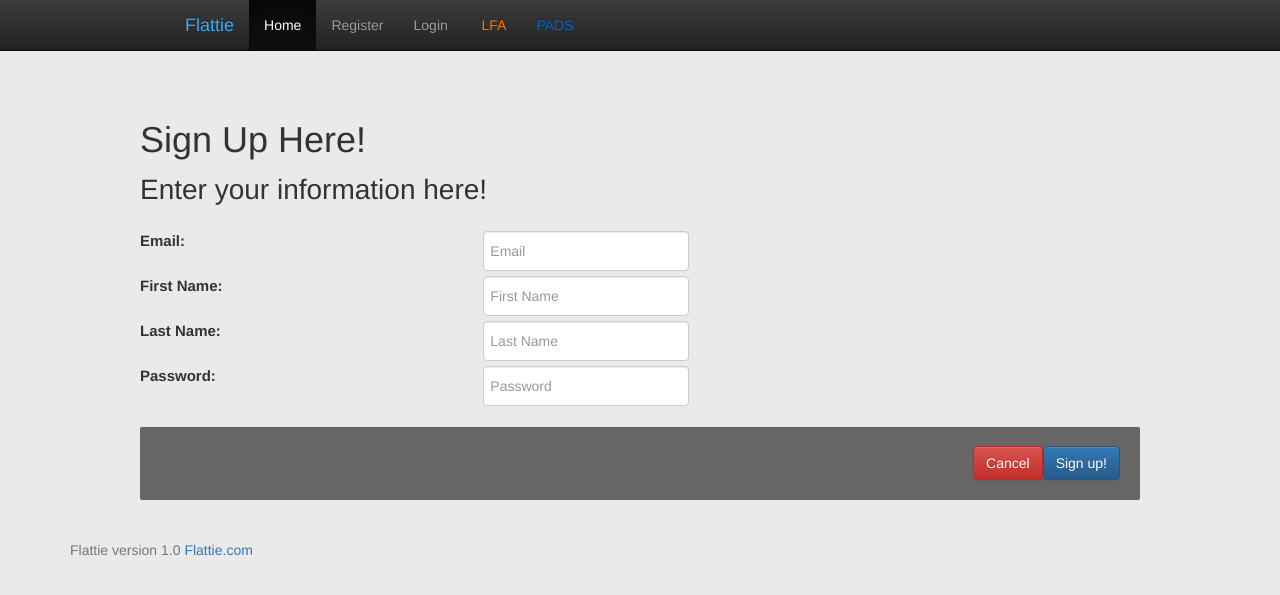
Repository: ese-unibe-ch/ese2014-team2
Page: http://localhost/Skeleton/pages/register.jsp
These files come from the project's save history. The page is drawn as it stood at one moment and after the next save; the edit follows.
The browser window is 1280 px wide. The pictures show the whole page.
Some web libraries are served in a nearby version. The page is served by Tomcat 9. Nobody is signed in. The application's start-up code is not run. Other server files are loaded and not shown. The template is opened directly, without the code that normally fills it, so the values that code supplies are empty.

Above is the page before, as saved 2014-11-27 13:54:20.
Console error (its wording comes from the project's code and is left out).

### Skeleton/src/main/webapp/pages/register.jsp
<%@ page language="java" pageEncoding="UTF-8" contentType="text/html;charset=utf-8" %>
<%@ taglib prefix="c" uri="http://java.sun.com/jsp/jstl/core" %>
<%@ taglib prefix="form" uri="http://www.springframework.org/tags/form" %>
<%@ taglib prefix="spring" uri="http://www.springframework.org/tags" %>


<c:import url="template/header.jsp" />


<div class="main">

		<h1>Sign Up Here!</h1>
			<legend>Enter your information here!</legend>



		<form:form method="post" modelAttribute="signupForm" action="create" id="signupForm" cssClass="form-horizontal"  autocomplete="off">
    			<fieldset>


   <c:set var="emailErrors"><form:errors path="email"/></c:set>
	<div class="row">
        <label class="col-md-4" for="field-email">Email:</label>
		<div class="col-md-4">
             <form:input path="email" id="field-email" tabindex="1" maxlength="45" placeholder="Email"/>
             <form:errors path="email" cssClass="help-inline" element="span"/>
         </div>
    </div>


		<c:set var="firstNameErrors"><form:errors path="firstName"/></c:set>


    <div class="row">
   		<label class="col-md-4" for="field-firstName">First Name:</label>
		<div class="col-md-4">
                <form:input path="firstName" id="field-firstName" tabindex="2" maxlength="35" placeholder="First Name"/>
                <form:errors path="firstName" cssClass="help-inline" element="span"/>
            </div>
    </div>


		<c:set var="lastNameErrors"><form:errors path="lastName"/></c:set>

	<div class="row">
        <label class="col-md-4" for="field-lastName">Last Name:</label>
		<div class="col-md-4">
                <form:input path="lastName" id="field-lastName" tabindex="3" maxlength="35" placeholder="Last Name"/>
                <form:errors path="lastName" cssClass="help-inline" element="span"/>
            </div>
        </div>

		<c:set var="passwordErrors"><form:errors path="password"/></c:set>

	<div class="row">
		<label class="col-md-4" for="field-password">Password:</label>
		<div class="col-md-4">
			<form:password path="password" id="field-password" tabindex="4" maxlength="35" placeholder="Password"/>
			<form:errors path="password" cssClass="help-inline" element="span"/>
   		</div>
</div>

<div class="form-actions">
           <button type="submit" id="submitB" class="btn btn-primary">Sign up!</button>

            <a href="#" onclick="history.go(-2)">	<button type="button" class="btn btn-danger">Cancel</button></a>
        </div>
    </fieldset>
</form:form>






</div>





















	<c:if test="${page_error != null }">
        <div class="alert alert-error">
            <button type="button" class="close" data-dismiss="alert">&times;</button>
            <h4>Error!</h4>
                ${page_error}
        </div>
    </c:if>


<c:import url="template/footer.jsp" />

### Skeleton/src/main/webapp/pages/template/header.jsp
<!DOCTYPE html>
<html lang="en">
<http use-expressions="true">



    	<meta charset="UTF-8">

    	<title>About Princesses and Castles</title>

    	<link rel="stylesheet" type="text/css" href="css/stylesheet.css" media="all"/>
    	<link rel="stylesheet" type="text/css" href="css/bootstrap.min.css" media="screen" />
    	<script type="text/javascript"  src="dn.com/bootstrap/3.2.0/js/bootstrap.min.js"></script>
    	<script type="text/javascript" src="http://code.jquery.com/jquery-2.1.1.min.js"></script>
		<script src="http://ajax.googleapis.com/ajax/libs/jquery/1.4.2/jquery.min.js?ver=1.4.2"></script>
    	<script src="js/login.js"></script>
    	<link rel="stylesheet" href="https://maxcdn.bootstrapcdn.com/bootstrap/3.3.0/css/bootstrap.min.css">
<link rel="stylesheet" href="https://maxcdn.bootstrapcdn.com/bootstrap/3.3.0/css/bootstrap-theme.min.css">

    	<!-- HTML5 shim, for IE6-8 support of HTML5 elements -->
    	<!--[if lt IE 9]>
    	<script src="http://html5shim.googlecode.com/svn/trunk/html5.js"></script>
    	<![endif]-->
<!--   WASTE!
    	<style>
        	body {
         	   padding-top: 60px; /* 60px to make the container go all the way to the bottom of the topbar */
        	}
    	</style>
    -->



</head>
<body>
<%@ page language="java" pageEncoding="UTF-8" contentType="text/html;charset=utf-8" %>
<%@ taglib prefix="c" uri="http://java.sun.com/jsp/jstl/core" %>
<%@ taglib prefix="form" uri="http://www.springframework.org/tags/form" %>
<%@ taglib prefix="spring" uri="http://www.springframework.org/tags" %>
<%@ taglib prefix="security" uri="http://www.springframework.org/security/tags" %>

   	  <link href="http://ajax.googleapis.com/ajax/libs/jqueryui/1.8/themes/ui-lightness/jquery-ui.css" rel="stylesheet" type="text/css"/>
      <script src="http://ajax.googleapis.com/ajax/libs/jquery/1.5/jquery.min.js"></script>
      <script src="http://ajax.googleapis.com/ajax/libs/jqueryui/1.8/jquery-ui.min.js"></script>

      <script>
      $(document).ready(function() {
        $("#datepicker").datepicker();
      });
      </script>

       <script>
      $(document).ready(function() {
        $("#datepicker2").datepicker();
      });
      </script>

<security:authorize access="isAnonymous()">
    <!-- Fixed navbar -->
    <nav class="navbar navbar-inverse navbar-fixed-top" role="navigation">
      <div class="container">
        <div class="navbar-header">
          <button type="button" class="navbar-toggle collapsed" data-toggle="collapse" data-target="#navbar" aria-expanded="false" aria-controls="navbar">
            <span class="sr-only">Toggle navigation</span>
            <span class="icon-bar"></span>
            <span class="icon-bar"></span>
            <span class="icon-bar"></span>
          </button>
          <a class="navbar-brand" href="/Skeleton" color="#3fa9f5">Flattie</a>
        </div>
        <div id="navbar" class="navbar-collapse collapse">
          <ul class="nav navbar-nav">
            <li class="active"><a href="/Skeleton">Home</a></li>
            <li><a href="register">Register</a></li>
            <li><a href="#" id="loginButton"><span>Login</span><em></em></a>
            <li><a href="unfilteredAds" id="navads"><span>LFA</span><em></em></a>
            <li><a href="placead" id="navpads"><span>PADS</span><em></em></a>
                <div style="clear:both"></div>
                <div id="loginBox">
                    <form id="loginForm" name="loginForm" action="<c:url value='j_spring_security_check' />" method="POST">
                        <fieldset id="body">
                            <fieldset>
                                <label for="email">Email Address</label>
                                <input type="text" name="j_username" id="email" placeholder="Email" />
                            </fieldset>
                            <fieldset>
                                <label for="password">Password</label>
                                <input type="password" name="j_password" id="password" placeholder="Password" />
                            </fieldset>
                            <input type="submit" id="login" value="Sign in" />
                            <label for="checkbox"><input type="checkbox" id="checkbox" />Remember me</label>
                        </fieldset>
                        <span><a href="#">Forgot your password?</a></span>
                    </form>
                </div></li>
          </ul>
        </div><!--/.nav-collapse -->
      </div>
    </nav>
</security:authorize>

<security:authorize access="isAuthenticated()">
	    <!-- Fixed navbar -->
    <nav class="navbar navbar-inverse navbar-fixed-top" role="navigation">
      <div class="container">
        <div class="navbar-header">
          <button type="button" class="navbar-toggle collapsed" data-toggle="collapse" data-target="#navbar" aria-expanded="false" aria-controls="navbar">
            <span class="sr-only">Toggle navigation</span>
            <span class="icon-bar"></span>
            <span class="icon-bar"></span>
            <span class="icon-bar"></span>
          </button>
          <a class="navbar-brand" href="/Skeleton">Flattie</a>
        </div>
        <div id="navbar" class="navbar-collapse collapse">
          <ul class="nav navbar-nav">
            <li><a href="myprofile">Profil</a></li>
            <li><a href="myinbox">Inbox <span class="badge">4</span></a></li>
            <li><a href="myads">Ads</a></li>
            <li><a href="bookmarks">Favoriten</a></li>
            <li><a href="logout">Logout</a></li>
            <li><a href="unfilteredAds" id="navads"><span>LFA</span><em></em></a>
            <li><a href="placead" id="navpads"><span>PADS</span><em></em></a>
          </ul>
        </div><!--/.nav-collapse -->
      </div>
    </nav>
</security:authorize>

<div id="push_header"></div>
<div id="push_content"></div>


<div id="container_background">
	<div class="container">

Loaded but not shown: Skeleton/src/main/webapp/pages/template/footer.jsp (common file); Skeleton/src/main/webapp/css/bootstrap.min.css (library); Skeleton/src/main/webapp/js/bootstrap.min.js (library); Skeleton/src/main/webapp/js/login.js (common file); Skeleton/src/main/webapp/css/stylesheet.css (2278 lines, source omitted)

After the next save:
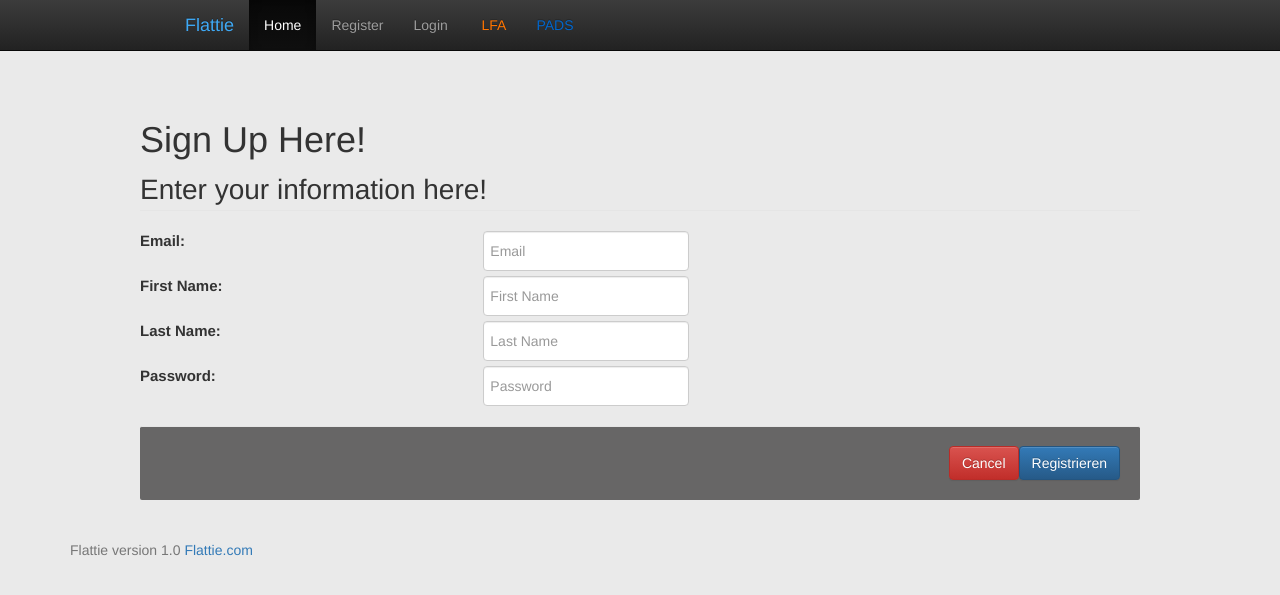
Saved 11 s later.
--- a/Skeleton/src/main/webapp/pages/register.jsp
+++ b/Skeleton/src/main/webapp/pages/register.jsp
@@ -61,7 +61,7 @@
 </div>
 
 <div class="form-actions">
-           <button type="submit" id="submitB" class="btn btn-primary">Sign up!</button>
+           <button type="submit" id="submitB" class="btn btn-primary">Registrieren</button>
 
             <a href="#" onclick="history.go(-2)">	<button type="button" class="btn btn-danger">Cancel</button></a>
         </div>
